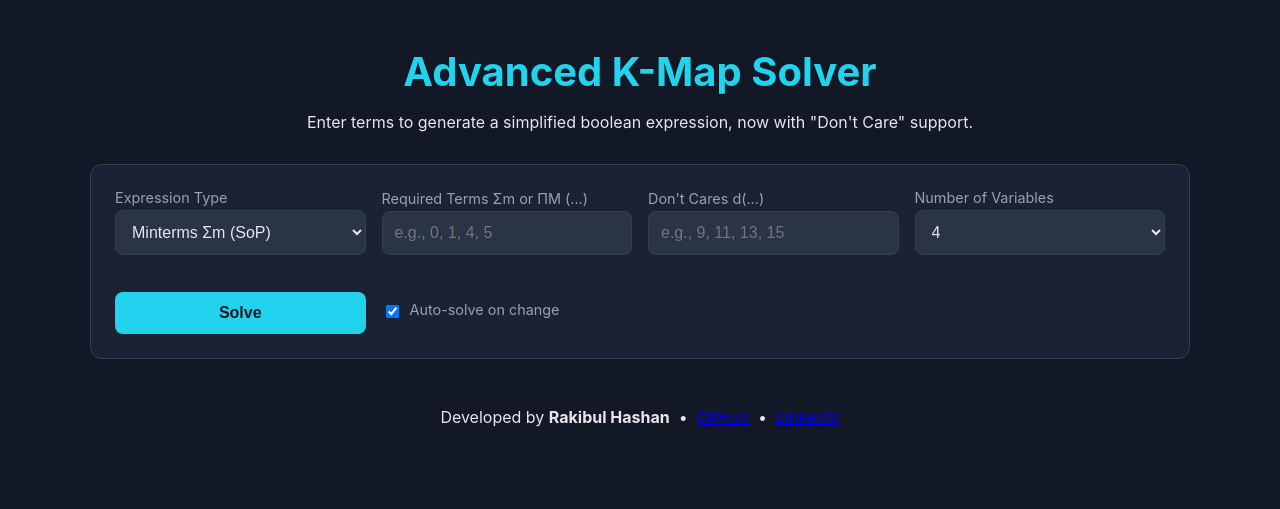
Repository: Rakibul-Hashan/kmap-generator
Page: index.html
An editor plug-in stored every save of this project. The page is shown before and after the next save, followed by the edit.
The browser window is 1280 px wide. The pictures show the whole page.

Above is the page before, as saved 2025-09-11 20:09:01.

### index.html
<!DOCTYPE html>
<html lang="en">

<head>
  <meta charset="UTF-8">
  <meta name="viewport" content="width=device-width, initial-scale=1.0">
  <title>Advanced Karnaugh Map (K-Map) Solver</title>
 <link rel="stylesheet" type="text/css" href="style.css">
</head>

<body>
  <div class="container">
    <header>
      <h1>Advanced K-Map Solver</h1>
      <p>Enter terms to generate a simplified boolean expression, now with "Don't Care" support.</p>
    </header>

    <div class="controls">
      <div class="input-group">
        <label for="term-type-select">Expression Type</label>
        <select id="term-type-select">
          <option value="min">Minterms Σm (SoP)</option>
          <option value="max">Maxterms ΠM (PoS)</option>
        </select>
      </div>
      <div class="input-group">
        <label for="term-input">Required Terms Σm or ΠM (...)</label>
        <input type="text" id="term-input" placeholder="e.g., 0, 1, 4, 5">
      </div>
      <div class="input-group">
        <label for="dont-care-input">Don't Cares d(...)</label>
        <input type="text" id="dont-care-input" placeholder="e.g., 9, 11, 13, 15">
      </div>
      <div class="input-group">
        <label for="variable-select">Number of Variables</label>
        <select id="variable-select">
          <option value="2">2</option>
          <option value="3">3</option>
          <option value="4" selected>4</option>
          <option value="5">5</option>
        </select>
      </div>
      <div class="input-group">
        <label>&nbsp;</label>
        <button id="solve-btn">Solve</button>
      </div>
      <div class="input-group checkbox-group">
        <input type="checkbox" id="auto-solve-check" checked>
        <label for="auto-solve-check">Auto-solve on change</label>
      </div>
    </div>

    <div id="error-message"></div>
    <div id="solution"></div>
  </div>
      <footer>
        <p>
            Developed by <strong>Rakibul Hashan</strong>
            &nbsp;&bull;&nbsp;
            <a href="https://github.com/Rakibul-Hashan" target="_blank" rel="noopener noreferrer">GitHub</a>
            &nbsp;&bull;&nbsp;
            <a href="https://www.linkedin.com/in/rakibulhashanrabbi" target="_blank" rel="noopener noreferrer">LinkedIn</a>
        </p>
    </footer>

<script src="script.js"></script>
</body>

</html>

### style.css
    :root {
      --bg-color: #121826;
      --card-color: #1a2233;
      --text-color: #e5e7eb;
      --muted-color: #94a3b8;
      --primary-color: #22d3ee;
      --success-color: #4ade80;
      --border-color: #334155;
      --input-bg: #2a3447;
    }

    body {
      font-family: -apple-system, BlinkMacSystemFont, 'Segoe UI', Roboto, Oxygen, Ubuntu, Cantarell, 'Open Sans', 'Helvetica Neue', sans-serif;
      background-color: var(--bg-color);
      color: var(--text-color);
      margin: 0;
      padding: 20px;
      display: flex;
      flex-direction: column;
      align-items: center;
    }

    .container {
      width: 100%;
      max-width: 1100px;
    }

    header {
      text-align: center;
      margin-bottom: 2rem;
    }

    header h1 {
      font-size: 2.5rem;
      margin-bottom: 0.5rem;
      color: var(--primary-color);
    }

    .controls {
      background-color: var(--card-color);
      padding: 1.5rem;
      border-radius: 12px;
      border: 1px solid var(--border-color);
      display: grid;
      grid-template-columns: repeat(auto-fit, minmax(200px, 1fr));
      gap: 1rem;
      align-items: end;
      margin-bottom: 2rem;
    }

    .input-group {
      display: flex;
      flex-direction: column;
    }

    .input-group label {
      font-size: 0.9rem;
      margin-bottom: 0.25rem;
      color: var(--muted-color);
    }

    .input-group.checkbox-group {
      flex-direction: row;
      align-items: center;
      gap: 0.5rem;
      padding-bottom: 0.75rem;
      /* Align with button */
    }

    #term-input,
    #dont-care-input,
    #variable-select,
    #term-type-select {
      background-color: var(--input-bg);
      border: 1px solid var(--border-color);
      color: var(--text-color);
      padding: 0.75rem;
      border-radius: 8px;
      font-size: 1rem;
      width: 100%;
      box-sizing: border-box;
    }

    #solve-btn {
      background-color: var(--primary-color);
      color: var(--bg-color);
      border: none;
      padding: 0.75rem 1.5rem;
      font-size: 1rem;
      font-weight: bold;
      border-radius: 8px;
      cursor: pointer;
      transition: all 0.2s;
      width: 100%;
    }

    #solve-btn:hover {
      background-color: #67e8f9;
      transform: translateY(-2px);
    }

    #solution {
      margin-top: 2rem;
    }

    .solution-step {
      background-color: var(--card-color);
      padding: 1.5rem;
      border-radius: 12px;
      border: 1px solid var(--border-color);
      margin-bottom: 1.5rem;
    }

    .solution-step h2 {
      margin-top: 0;
      font-size: 1.5rem;
      border-bottom: 1px solid var(--border-color);
      padding-bottom: 0.5rem;
      margin-bottom: 1rem;
    }

    .final-expression {
      font-family: 'Courier New', Courier, monospace;
      font-size: 1.2rem;
      font-weight: bold;
      color: var(--success-color);
      background-color: var(--input-bg);
      padding: 1rem;
      border-radius: 8px;
      white-space: pre-wrap;
      word-wrap: break-word;
    }

    .kmap-container {
      display: flex;
      gap: 2rem;
      justify-content: center;
      align-items: flex-start;
      overflow-x: auto;
      padding-bottom: 1rem;
    }

    .kmap-table {
      border-collapse: collapse;
      font-family: 'Courier New', Courier, monospace;
    }

    .kmap-table th,
    .kmap-table td {
      border: 1px solid var(--border-color);
      width: 50px;
      height: 50px;
      text-align: center;
      position: relative;
    }

    .kmap-table th {
      background-color: var(--input-bg);
      font-weight: normal;
    }

    .kmap-table td {
      font-size: 1.2rem;
      font-weight: bold;
    }

    .kmap-table .minterm-index {
      position: absolute;
      top: 2px;
      left: 2px;
      font-size: 0.6rem;
      color: var(--muted-color);
    }

    .kmap-table .dont-care {
      color: var(--muted-color);
    }

    #error-message {
      color: #f87171;
      text-align: center;
      margin-top: 1rem;
      font-weight: bold;
    }

### script.js

    // --- Main Setup & Event Listeners ---
    const solveBtn = document.getElementById("solve-btn");
    const autoSolveCheck = document.getElementById("auto-solve-check");
    const inputs = [
      document.getElementById("term-input"),
      document.getElementById("dont-care-input"),
      document.getElementById("variable-select"),
      document.getElementById("term-type-select")
    ];
    solveBtn.addEventListener("click", solveKmap);
    inputs.forEach(input => input.addEventListener('input', () => {
      if (autoSolveCheck.checked) {
        debouncedSolve();
      }
    }));
    let debounceTimer;
    const debouncedSolve = () => {
      clearTimeout(debounceTimer);
      debounceTimer = setTimeout(solveKmap, 300);
    };
    // --- Core Solver Logic ---
    function solveKmap() {
      const solutionDiv = document.getElementById("solution");
      const errorDiv = document.getElementById("error-message");
      solutionDiv.innerHTML = "";
      errorDiv.innerHTML = "";
      try {
        const {
          requiredTerms,
          dontCares,
          numVars,
          termType
        } = parseAndValidateInputs();
        let termsToGroup, termsToCover;
        if (termType === 'min') { // SoP
          termsToGroup = [...new Set([...requiredTerms, ...dontCares])]; // Group 1s and Xs
          termsToCover = requiredTerms; // But only need to cover the 1s
        } else { // PoS
          const maxTerm = Math.pow(2, numVars) - 1;
          const allTerms = Array.from({
            length: maxTerm + 1
          }, (_, i) => i);
          const maxTermSet = new Set(requiredTerms);
          const zeroTerms = allTerms.filter(t => !maxTermSet.has(t));
          termsToGroup = [...new Set([...zeroTerms, ...dontCares])]; // Group 0s and Xs
          termsToCover = zeroTerms; // But only need to cover the 0s
        }
        const primeImplicants = findPrimeImplicants(termsToGroup, numVars);
        const essentialGroups = selectEssentialImplicants(primeImplicants, termsToCover);
        const simplifyFn = termType === 'min' ? simplifyGroupSoP : simplifyGroupPoS;
        const simplifiedTerms = essentialGroups.map(group => simplifyFn(group, numVars));
        renderSolution(requiredTerms, dontCares, numVars, essentialGroups, simplifiedTerms, termType);
      } catch (error) {
        errorDiv.innerText = error.message;
      }
    }

    function parseAndValidateInputs() {
      const requiredStr = document.getElementById("term-input").value;
      const dontCareStr = document.getElementById("dont-care-input").value;
      const numVars = parseInt(document.getElementById("variable-select").value);
      const termType = document.getElementById("term-type-select").value;
      const parse = str => str.split(/[\s,]+/).filter(s => s.trim() !== "").map(Number);
      const requiredTerms = parse(requiredStr);
      const dontCares = parse(dontCareStr);
      if (requiredTerms.some(isNaN) || dontCares.some(isNaN)) {
        throw new Error("Input contains non-numeric values.");
      }
      const maxTerm = Math.pow(2, numVars) - 1;
      const allTerms = [...requiredTerms, ...dontCares];
      if (allTerms.some(t => t > maxTerm)) {
        throw new Error(`Terms cannot be greater than ${maxTerm} for ${numVars} variables.`);
      }
      const termCounts = {};
      allTerms.forEach(t => termCounts[t] = (termCounts[t] || 0) + 1);
      if (Object.values(termCounts).some(count => count > 1)) {
        throw new Error("The same term cannot be in both required and don't care lists.");
      }
      return {
        requiredTerms: [...new Set(requiredTerms)].sort((a, b) => a - b),
        dontCares: [...new Set(dontCares)].sort((a, b) => a - b),
        numVars,
        termType
      };
    }

    function findPrimeImplicants(terms, numVars) {
      if (terms.length === 0) return [];
      let groups = terms.map(m => [m]);
      const primeImplicants = [];
      while (groups.length > 0) {
        const usedInNextLevel = new Set();
        const nextGroupsMap = new Map();
        let madeCombination = false;
        for (let i = 0; i < groups.length; i++) {
          for (let j = i + 1; j < groups.length; j++) {
            const g1 = groups[i],
              g2 = groups[j];
            if (g1.length !== g2.length) continue;
            const diff = g1.map((val, idx) => val ^ g2[idx]);
            const firstDiff = diff[0];
            const isPowerOfTwo = firstDiff > 0 && (firstDiff & (firstDiff - 1)) === 0;
            if (diff.every(d => d === firstDiff) && isPowerOfTwo) {
              madeCombination = true;
              usedInNextLevel.add(JSON.stringify(g1));
              usedInNextLevel.add(JSON.stringify(g2));
              const combined = [...new Set([...g1, ...g2])].sort((a, b) => a - b);
              nextGroupsMap.set(JSON.stringify(combined), combined);
            }
          }
        }
        groups.forEach(g => {
          if (!usedInNextLevel.has(JSON.stringify(g))) primeImplicants.push(g);
        });
        if (!madeCombination) break;
        groups = Array.from(nextGroupsMap.values());
      }
      return Array.from(new Set(primeImplicants.map(JSON.stringify)), JSON.parse);
    }

    function selectEssentialImplicants(primeImplicants, termsToCover) {
      if (termsToCover.length === 0) return [];
      const coverage = new Map(termsToCover.map(m => [m, []]));
      primeImplicants.forEach((group, i) => {
        group.forEach(m => {
          if (coverage.has(m)) coverage.get(m).push(i);
        });
      });
      const essentialPIIndices = new Set();
      const coveredTerms = new Set();
      coverage.forEach((piIndices, term) => {
        if (piIndices.length === 1) {
          const piIndex = piIndices[0];
          essentialPIIndices.add(piIndex);
          primeImplicants[piIndex].forEach(t => {
            if (termsToCover.includes(t)) coveredTerms.add(t);
          });
        }
      });
      let essentialGroups = Array.from(essentialPIIndices).map(i => primeImplicants[i]);
      let uncoveredTerms = termsToCover.filter(t => !coveredTerms.has(t));
      let remainingPIs = primeImplicants.filter((_, i) => !essentialPIIndices.has(i));
      while (uncoveredTerms.length > 0) {
        if (remainingPIs.length === 0) break;
        remainingPIs.sort((a, b) => {
          const coverA = a.filter(t => uncoveredTerms.includes(t)).length;
          const coverB = b.filter(t => uncoveredTerms.includes(t)).length;
          return (coverB - coverA) || (a.length - b.length);
        });
        const bestPI = remainingPIs.shift();
        if (bestPI) {
          essentialGroups.push(bestPI);
          bestPI.forEach(t => {
            const index = uncoveredTerms.indexOf(t);
            if (index > -1) uncoveredTerms.splice(index, 1);
          });
        }
      }
      return essentialGroups;
    }

    function decToBin(dec, len) {
      return (dec >>> 0).toString(2).padStart(len, "0");
    }

    function simplifyGroupSoP(group, numVars) {
      if (group.length === 0) return "";
      if (group.length === Math.pow(2, numVars)) return "1";
      const variables = "ABCDEFGHIJKLMNOPQRSTUVWXYZ".slice(0, numVars);
      const binaryReps = group.map(m => decToBin(m, numVars));
      let term = "";
      for (let i = 0; i < numVars; i++) {
        const firstBit = binaryReps[0][i];
        if (binaryReps.every(bin => bin[i] === firstBit)) {
          term += variables[i];
          if (firstBit === "0") term += "'";
        }
      }
      return term;
    }

    function simplifyGroupPoS(group, numVars) {
      if (group.length === 0) return "";
      if (group.length === Math.pow(2, numVars)) return "0";
      const variables = "ABCDEFGHIJKLMNOPQRSTUVWXYZ".slice(0, numVars);
      const binaryReps = group.map(m => decToBin(m, numVars));
      let term = [];
      for (let i = 0; i < numVars; i++) {
        const firstBit = binaryReps[0][i];
        if (binaryReps.every(bin => bin[i] === firstBit)) {
          let literal = variables[i];
          if (firstBit === '1') literal += "'";
          term.push(literal);
        }
      }
      return `(${term.join(" + ")})`;
    }
    // --- Rendering Logic ---
    function renderSolution(requiredTerms, dontCares, numVars, groups, terms, termType) {
      const solutionDiv = document.getElementById("solution");
      const colors = ["#f87171", "#fb923c", "#fbbf24", "#a3e635", "#4ade80", "#34d399", "#22d3ee", "#60a5fa", "#818cf8", "#a78bfa", "#f472b6", "#fb7185"];
      const operator = termType === 'min' ? ' + ' : '';
      let finalExpression = terms.join(operator) || (termType === 'min' ? '0' : '1');
      let finalHtml = `
            <div class="solution-step">
                <h2>Final Simplified Expression</h2>
                <div class="final-expression">F = ${finalExpression}</div>
            </div>`;
      finalHtml += `
            <div class="solution-step">
                <h2>Complete K-Map with Groupings</h2>
                ${renderKMap(requiredTerms, dontCares, numVars, groups, colors)}
            </div>`;
      groups.forEach((group, index) => {
        finalHtml += `
                <div class="solution-step">
                    <h2>Group ${index + 1}: ${group.length}-Cell Grouping (${group.join(",")})</h2>
                    <p class="final-expression">Simplified Term: ${terms[index]}</p>
                    ${renderKMap(requiredTerms, dontCares, numVars, [group], [colors[index % colors.length]])}
                </div>`;
      });
      solutionDiv.innerHTML = finalHtml;
    }

    function getKMapLayout(numVars) {
      if (numVars <= 2) {
        const rowVars = ["A"],
          colVars = ["B"];
        const rows = ["0", "1"],
          cols = ["0", "1"];
        const getMinterm = (mapIdx, r, c) => parseInt(rows[r] + cols[c], 2);
        return {
          rowVars,
          colVars,
          rows,
          cols,
          getMinterm,
          mapCount: 1
        };
      }
      if (numVars === 3) {
        const rowVars = ["A"],
          colVars = ["B", "C"];
        const rows = ["0", "1"],
          cols = ["00", "01", "11", "10"];
        const getMinterm = (mapIdx, r, c) => parseInt(rows[r] + cols[c], 2);
        return {
          rowVars,
          colVars,
          rows,
          cols,
          getMinterm,
          mapCount: 1
        };
      }
      if (numVars === 4) {
        const rowVars = ["A", "B"],
          colVars = ["C", "D"];
        const rows = ["00", "01", "11", "10"],
          cols = ["00", "01", "11", "10"];
        const getMinterm = (mapIdx, r, c) => parseInt(rows[r] + cols[c], 2);
        return {
          rowVars,
          colVars,
          rows,
          cols,
          getMinterm,
          mapCount: 1
        };
      }
      if (numVars === 5) {
        const rowVars = ["B", "C"],
          colVars = ["D", "E"];
        const rows = ["00", "01", "11", "10"],
          cols = ["00", "01", "11", "10"];
        const getMinterm = (mapIdx, r, c) => parseInt(mapIdx.toString() + rows[r] + cols[c], 2);
        return {
          rowVars,
          colVars,
          rows,
          cols,
          getMinterm,
          mapCount: 2
        };
      }
    }

    function renderKMap(requiredTerms, dontCares, numVars, groupsToHighlight = [], colors = []) {
      const layout = getKMapLayout(numVars);
      const requiredSet = new Set(requiredTerms);
      const dontCareSet = new Set(dontCares);
      let html = '<div class="kmap-container">';
      for (let mapIdx = 0; mapIdx < layout.mapCount; mapIdx++) {
        if (layout.mapCount > 1) html += `<div><h3>${numVars === 5 ? "A" : "V"}=${mapIdx}</h3>`;
        html += '<table class="kmap-table">';
        html += `<tr><th>${layout.rowVars.join("")}\\${layout.colVars.join("")}</th>`;
        layout.cols.forEach(c => html += `<th>${c}</th>`);
        html += "</tr>";
        layout.rows.forEach((r, rIdx) => {
          html += `<tr><th>${r}</th>`;
          layout.cols.forEach((c, cIdx) => {
            const minterm = layout.getMinterm(mapIdx, rIdx, cIdx);
            let val = "0";
            let valClass = "";
            if (requiredSet.has(minterm)) {
              val = "1";
            } else if (dontCareSet.has(minterm)) {
              val = "X";
              valClass = "dont-care";
            }
            let styles = "";
            groupsToHighlight.forEach((group, gIdx) => {
              if (group.includes(minterm)) {
                styles += `border: 3px solid ${colors[gIdx % colors.length]}; box-shadow: 0 0 10px ${colors[gIdx % colors.length]};`;
              }
            });
            html += `<td style="${styles}">
                                   <span class="minterm-index">${minterm}</span>
                                   <span class="${valClass}">${val}</span>
                               </td>`;
          });
          html += "</tr>";
        });
        html += "</table>";
        if (layout.mapCount > 1) html += `</div>`;
      }
      html += "</div>";
      return html;
    }

After the next save:
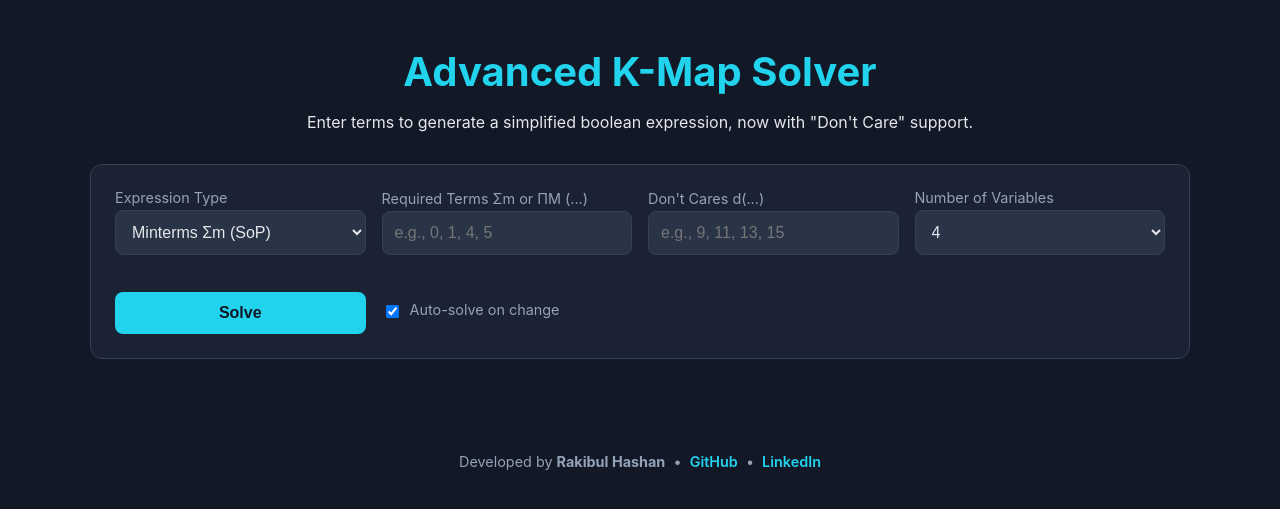
Saved 14 s later.
--- a/style.css
+++ b/style.css
@@ -182,3 +182,27 @@
       margin-top: 1rem;
       font-weight: bold;
     }
+
+
+    /* footer */
+    /* --- Footer Styles --- */
+
+footer {
+    text-align: center;
+    margin-top: 3rem;
+    padding-bottom: 1rem;
+    color: var(--muted-color);
+    font-size: 0.9rem;
+}
+
+footer a {
+    color: var(--primary-color);
+    text-decoration: none;
+    font-weight: 600;
+    transition: color 0.2s ease;
+}
+
+footer a:hover {
+    color: #67e8f9; /* A lighter shade of the primary color */
+    text-decoration: underline;
+}
